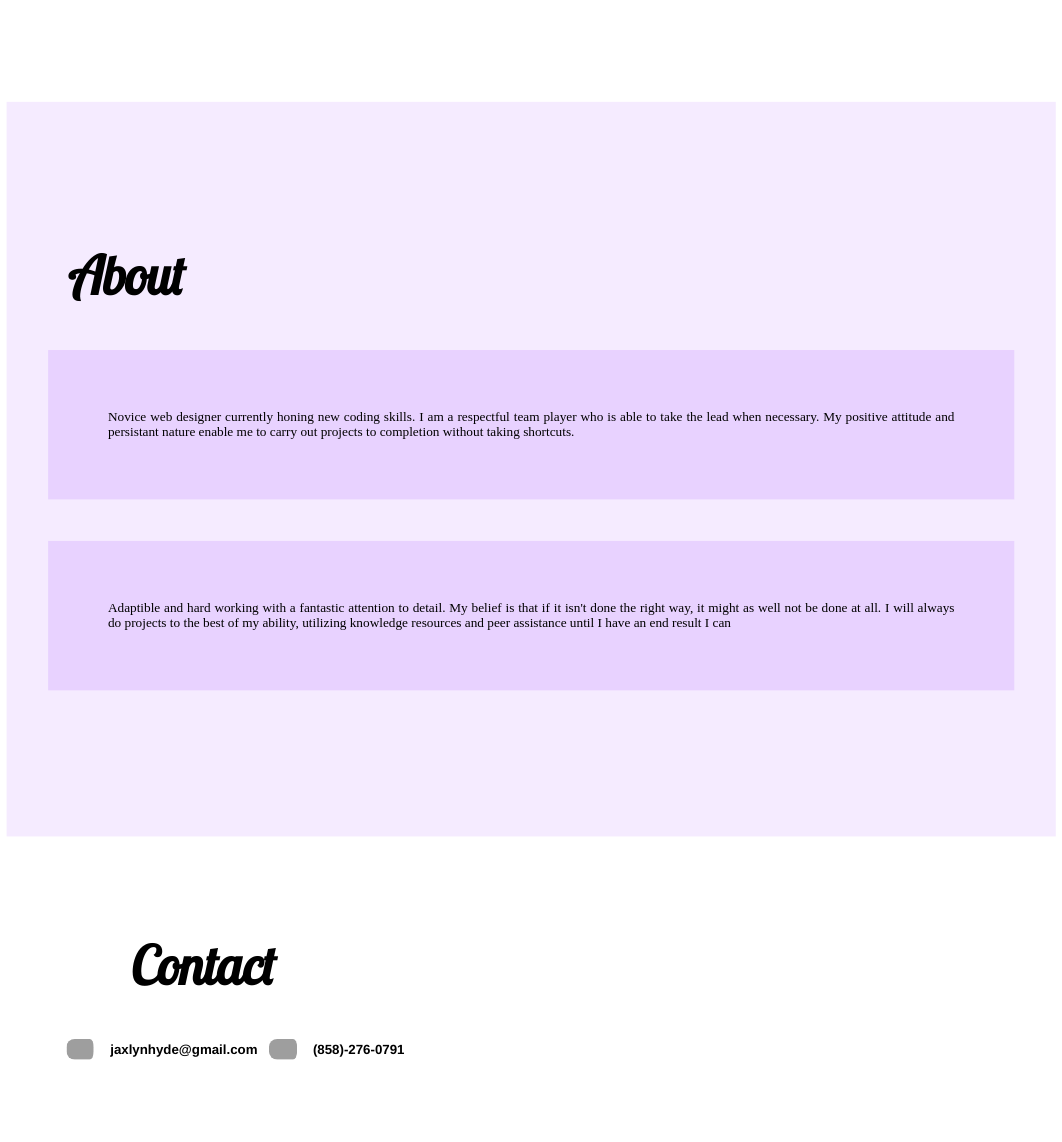
Repository: jacquelynzc/professrx.github.io
Page: index.html
An editor plug-in stored every save of this project. The page is shown before and after the next save, followed by the edit.
The browser window is 1280 px wide. The pictures show the part of the page from y = 672 to 2048 px (the page is 2048 px tall before and 1935 px after), at 83% of full size.
Pictures or frames that could not be fetched are drawn as grey boxes. A picture or video elsewhere on the page could not be fetched, so the positions and the page height are approximate.

Above is the page before, as saved 2023-03-09 14:39:34.

### index.html
<!DOCTYPE html>
<html lang="en">
<head>
    <meta charset="UTF-8">
    <meta http-equiv="X-UA-Compatible" content="IE=edge">
    <link rel="stylesheet" href="style.css">
    <title>Main</title>
    <link rel="icon" type="image/x-icon" href="https://i.ibb.co/4JmSgLW/skull.png">
    <link rel="preconnect" href="https://fonts.googleapis.com">
    <link rel="preconnect" href="https://fonts.gstatic.com" crossorigin>
    <link href="https://fonts.googleapis.com/css2?family=Lobster+Two:ital@1&display=swap" rel="stylesheet">
    <meta name="viewport" content="width=device-width, initial-scale=1">

</head>
<body>
		<nav id="nav" class="nav-menu sticky">
            <a id="nav-home" class="link-two" href="#name">index</a>
            <a id="nav-about" class="link-two" href="#about">about</a>
            <a id="nav-contact" class="link-two" href="#contact">contact</a>
            <a id="art" href="/art.html">art</a>
        </nav>


        <h1 id="name">Jacquelyn Caputo</h1>

<div id="page" class="page">
   <div class="grid-container">
            <div class="st-grid-item grid-item"><img src="https://i.ibb.co/jRw51mM/left.png"></div>
            <div class="nd-grid-item grid-item"><img src="https://i.ibb.co/c6Bg0RX/mid.png"></div>
            <div class="rd-grid-item grid-item"><img src="https://i.ibb.co/2vpjXrT/right.png"></div>
   </div>  <p id="grid-item-below">These are temporary placeholders for future awesome work</p>
  </div>

    <div id="about" class="page2">
        <h1>About</h1>

        <p class="aboutp">Novice web designer currently honing new coding skills. I am a respectful
            team player who is able to take the lead when necessary. My positive attitude and persistant
            nature enable me to carry out projects to completion without taking shortcuts.
        <p class="aboutp">Adaptible and hard working with a fantastic attention to detail. My belief is that if it isn't
            done the right way, it might as well not be done at all. I will always do projects to the best of
            my ability, utilizing knowledge resources and peer assistance until I have an end result I can
    </div>
</div>

    <div id="contact" class="page2">
        <h1>Contact</h1>

        <div class="contact-info"><img id="icon" src="https://i.ibb.co/YN1nsNn/mail.png"> &nbsp;
             <a class="contact-link" href="mailto:jaxlynhyde@gmail.com">jaxlynhyde@gmail.com</a></div>
        <div class="contact-info"><img id="icon" src="https://i.ibb.co/B4t8S5X/smartphone-call.png"> &nbsp;
            <a class="contact-link" href="tel:8582760791">(858)-276-0791 </div>
    </div>
    <div>


    </div>
</body>
</html>

### style.css
* {
    box-sizing: border-box;
    cursor: crosshair;
}

.grid-container {
  display : flex;
  max-width : 100%;
  min-height : 50vh;
  max-height : 60vh;
  margin: auto;
  align-content : center;
  justify-content : center;
  }

  .st-grid-item, .nd-grid-item, .rd-grid-item {


  }

  #name {
    padding-top: 10%;
  }

  #grid-item-below {
    display: flex;
    position: relative;
    margin-top: 0;
    margin-bottom: 10%;
    font-size: small;
    color: gray;

  }

  h1 {
      display : flex;
      font-family: 'Lobster Two', cursive;
      font-size: 4em;
      padding-left: 6vw;
      }

  nav {
    display: flex;
    background: linear-gradient(63deg, rgba(234,173,255,0.5) 0%, rgba(163,253,255,0.5) 53%, rgba(194,255,178,0.5) 100%);    align-content: center;
    margin-bottom: 10px;
    border: 2px solid black;
  }

  .nav-menu, a {
    font-family:'Franklin Gothic Medium', 'Arial', Arial, sans-serif;
    font-weight: bold;
    color: black;
    text-decoration: none;
    justify-content: flex-end;
    padding: 10px;
    float:right;
    display: block;
  }

#contact {
  padding: 10vh;


}

  .contact-link {
  font-family:'Franklin Gothic Medium', 'Arial', Arial, sans-serif;
  font-weight: bold;
  color: black;
  text-decoration: none;
  justify-content: center;
  }

  .contact-info {
    display: flex;
    justify-content: center;
    margin: auto;
  }

  .sticky {
    position: fixed;
    top: 0;
    width: 100%;
  }

a:hover {
    font-weight: lighter;
    font-size: medium;
    text-decoration: overline;
}

  #nav-home, #nav-about, #nav-contact, #art {
    /* display: flex; */
    flex-direction: row;
    padding-top: 15px;
    align-content: center;
    margin: auto;

  }

#icon {
    max-width: auto;
    max-height: 25px;
}

img {
    display: flex;
    flex-flow: row nowrap;
    max-width: 100%;
    padding: 0 5px 0 0;
    align-content: center;
    margin: auto;
    border-radius: 10px;
}

  div {
    max-width: 100%;

}

.aboutp {
    display: flex;
    align-items: center;
    margin: 50px;
    max-width: 95vw;
    text-align: justify;
    padding: 10vh;
    background-color: rgb(229, 204, 255, 0.8);
}

.contact-info {
    display: inline-flex;
    font-weight: bolder;
    color: #ff34ff;
    justify-content: center;
    align-items: center;
    margin: 0 auto;
    font-family: Arial, Helvetica, sans-serif;
}

#about {
    padding: 10% 0 10% 0;;
    background-color: rgb(229, 204, 255, 0.4);
    flex-direction: column;
}

@media screen and (max-width: 600px) {

  .grid-container {
    max-width: 100%;
    width: 80%;
    display: flex;
    align-items: center;
    justify-content: center;
    margin: auto;
  }

  .grid-item {
    resize: both;
  }

  .nav-menu {
  width: 100%;

 }

 .page {

}

h1 {
  display : flex;
  font-family: 'Lobster Two', cursive;
  font-size: 4em;
  }

p {
  font-size: 3em;
}

  .aboutp, #about {
    flex-flow: row nowrap;
  }
  h1 {
    font-size: 90%;
  }
}

@media screen and (max-width: 900px) {
  .grid-container {
    max-width: 100%;
    display: flex;
    align-items: center;
    justify-content: center;
    margin: auto;
  }

  .nav-menu {
  width: 100%;

 }

 .page {
  overflow: hidden;
}

h1 {
  font-size: 3em;
}

p {
  font-size: 16px;
}

  .aboutp, #about {
    flex-flow: row nowrap;
  }
}

After the next save:
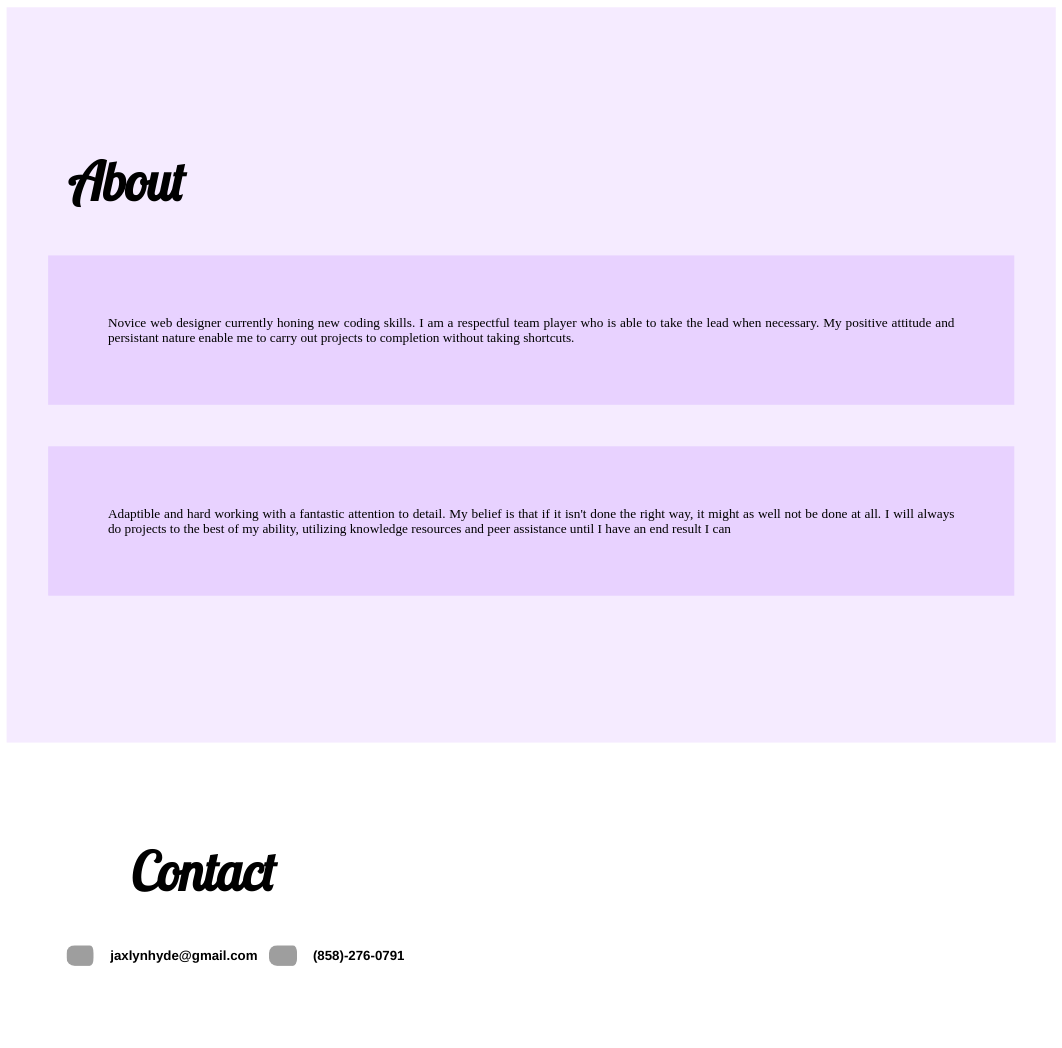
Saved 48 s later.
--- a/style.css
+++ b/style.css
@@ -26,7 +26,6 @@
     display: flex;
     position: relative;
     margin-top: 0;
-    margin-bottom: 10%;
     font-size: small;
     color: gray;
 
